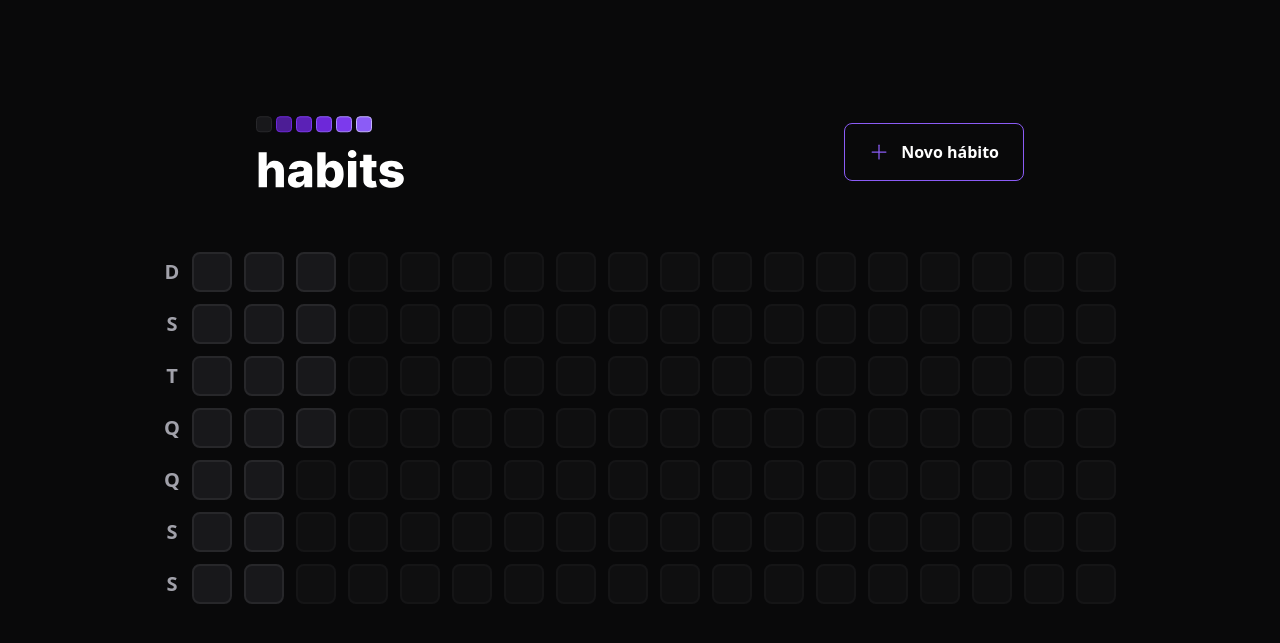
Repository: LuizAGDomingues/Habits-application
Page: /
These files come from the project's save history. The page is drawn as it stood at one moment and after a run of saves; the edit follows.
The browser window is 1280 px wide. The pictures show the whole page.
The project was rebuilt for these pictures with package versions that can differ from the ones it lists, and the page was loaded fresh each time. Also part of the build but not shown: vite.config.ts, src/components/NewHabitForm.tsx, src/components/ProgressBar.tsx.

Above is the page before, as saved 2023-01-18 22:26:59.

After the next 3 saves:
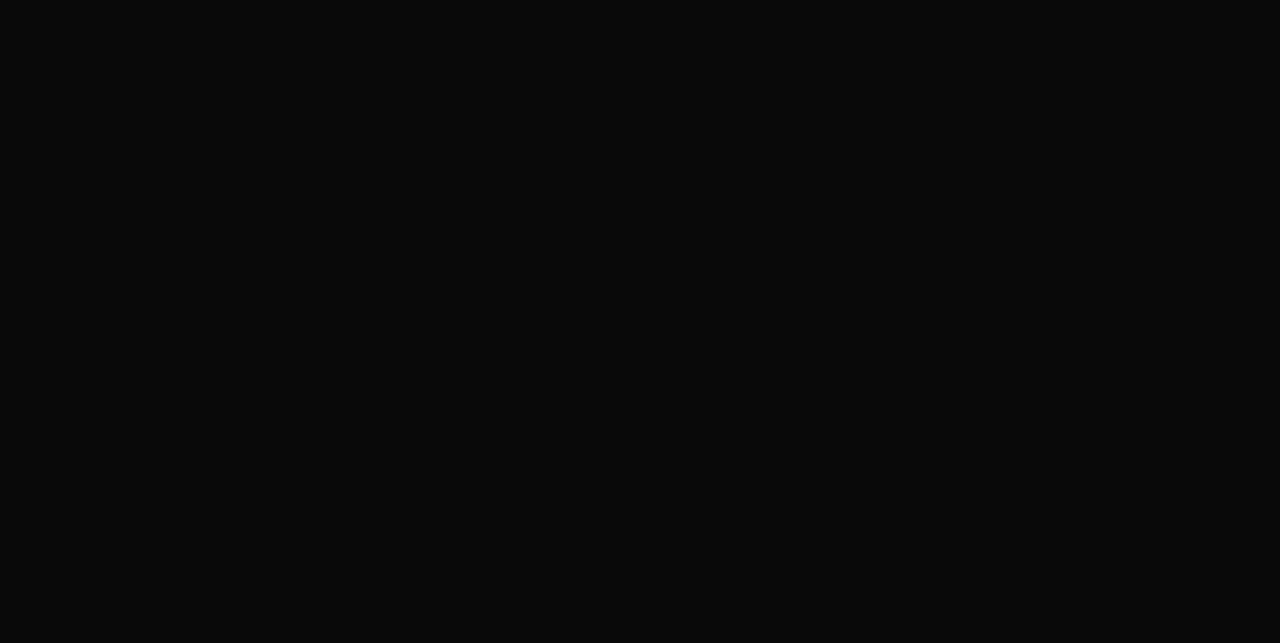
Console error: ReferenceError: clsx is not defined
The 3 saves are shown as one change because they came seconds apart.
The last was saved 47 s later.
--- a/src/components/HabitDay.tsx
+++ b/src/components/HabitDay.tsx
@@ -12,7 +12,7 @@
   return (
     <Popover.Root>
       <Popover.Trigger
-        className='w-10 h-10 bg-zinc-900 border-2 border-zinc-800 rounded-lg'
+        className={clsx}
       />
       <Popover.Portal>
         <Popover.Content className='min-w-[320px] p-6 rounded-2xl bg-zinc-900 flex flex-col'>

After the 3 saves that followed:
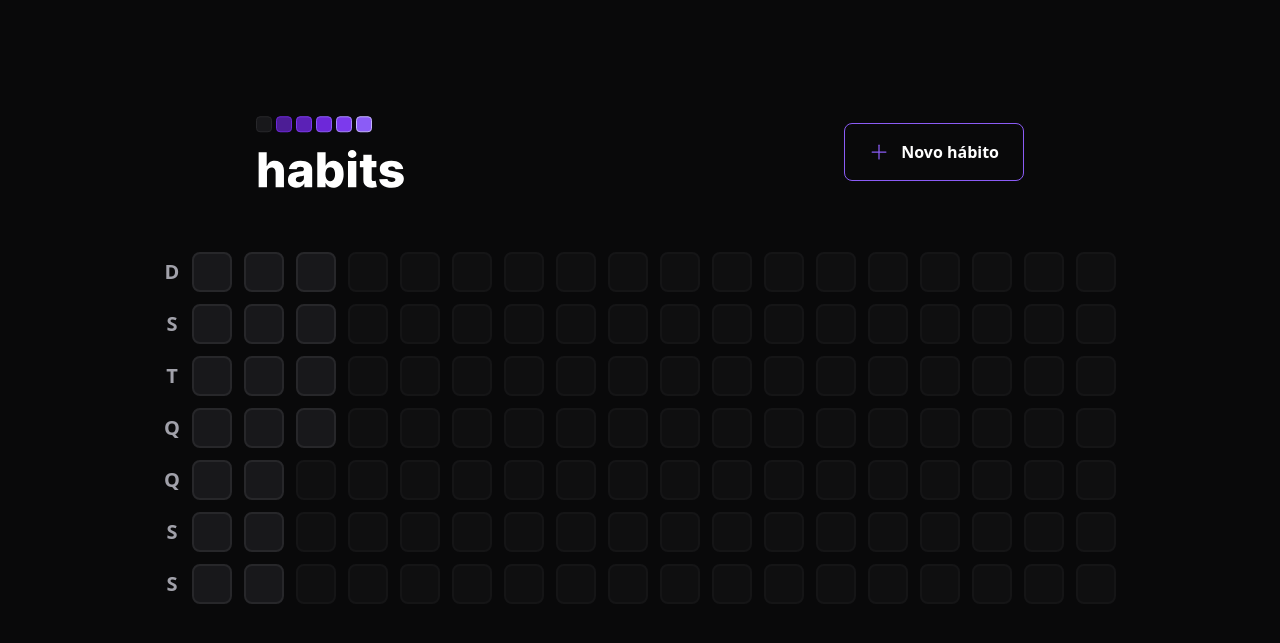
The error is gone.
The 3 saves are shown as one change because 1 left the picture as it was and some came seconds apart.
The last was saved 13 s later.
--- a/src/components/HabitDay.tsx
+++ b/src/components/HabitDay.tsx
@@ -1,5 +1,6 @@
 import * as Popover from '@radix-ui/react-popover'
 import ProgressBar from './ProgressBar'
+import clsx from 'clsx'
 
 interface HabitDayProps {
   completed: number
@@ -12,7 +13,7 @@
   return (
     <Popover.Root>
       <Popover.Trigger
-        className={clsx}
+        className={clsx('w-10 h-10 bg-zinc-900 border-2 border-zinc-800 rounded-lg')}
       />
       <Popover.Portal>
         <Popover.Content className='min-w-[320px] p-6 rounded-2xl bg-zinc-900 flex flex-col'>
